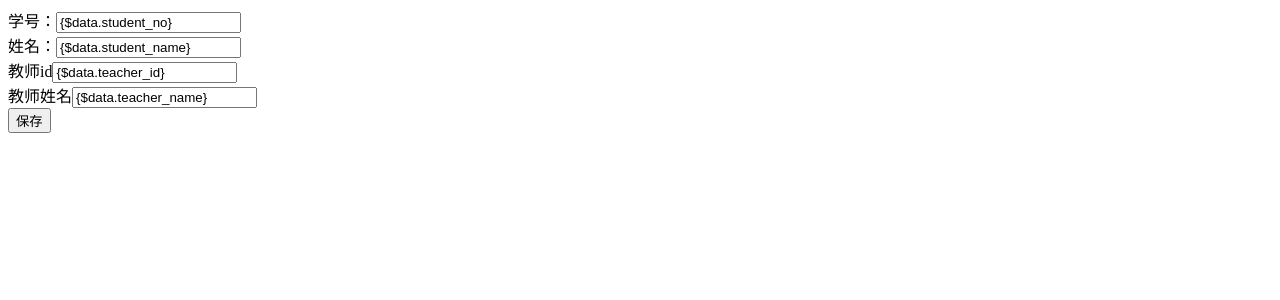
Repository: yonghuisu/THUVote
Page: LocalProject/Application/Home/View/Vote/edit.html
The author's editor kept a copy of each file at every save. The page is drawn from the files as they stood at one save, then again after the next save.
The browser window is 1280 px wide. The pictures show the whole page.

Above is the page before, as saved 2014-04-14 11:11:16.

### LocalProject/Application/Home/View/Vote/edit.html
<FORM method="post" action="__URL__/update">
学号：<INPUT type="text" name="student_no" value = "{$data.student_no}"><br/>
姓名：<INPUT type="text" name="student_name" value="{$data.student_name}"><br/>
教师id<INPUT type="text" name = "teacher_id" value="{$data.teacher_id}"><br/>
教师姓名<INPUT type="text" name = "teacher_name" value="{$data.teacher_name}"><br/>
 <INPUT type="submit" value="保存">
 </FORM>

After the next save:
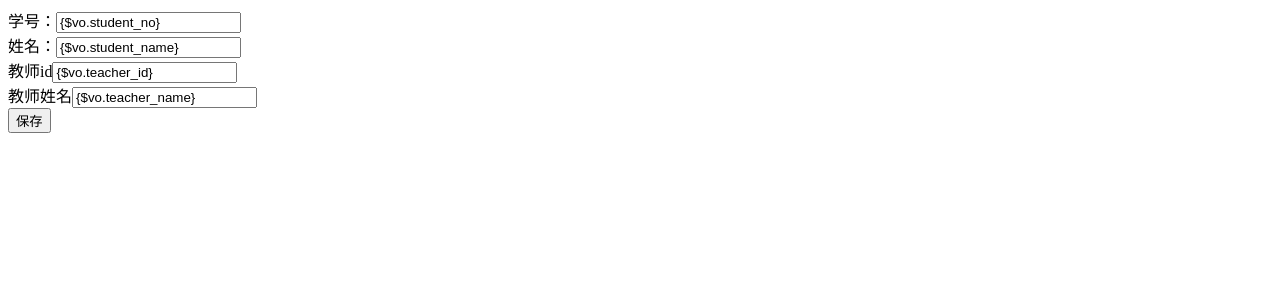
Saved 11 min 6 s later.
--- a/LocalProject/Application/Home/View/Vote/edit.html
+++ b/LocalProject/Application/Home/View/Vote/edit.html
@@ -1,7 +1,9 @@
 <FORM method="post" action="__URL__/update">
-学号：<INPUT type="text" name="student_no" value = "{$data.student_no}"><br/>
-姓名：<INPUT type="text" name="student_name" value="{$data.student_name}"><br/>
-教师id<INPUT type="text" name = "teacher_id" value="{$data.teacher_id}"><br/>
-教师姓名<INPUT type="text" name = "teacher_name" value="{$data.teacher_name}"><br/>
+<volist name="data" id = "vo">
+学号：<INPUT type="text" name="student_no" value = "{$vo.student_no}"><br/>
+姓名：<INPUT type="text" name="student_name" value="{$vo.student_name}"><br/>
+教师id<INPUT type="text" name = "teacher_id" value="{$vo.teacher_id}"><br/>
+教师姓名<INPUT type="text" name = "teacher_name" value="{$vo.teacher_name}"><br/>
+</volist>
  <INPUT type="submit" value="保存">
  </FORM>
